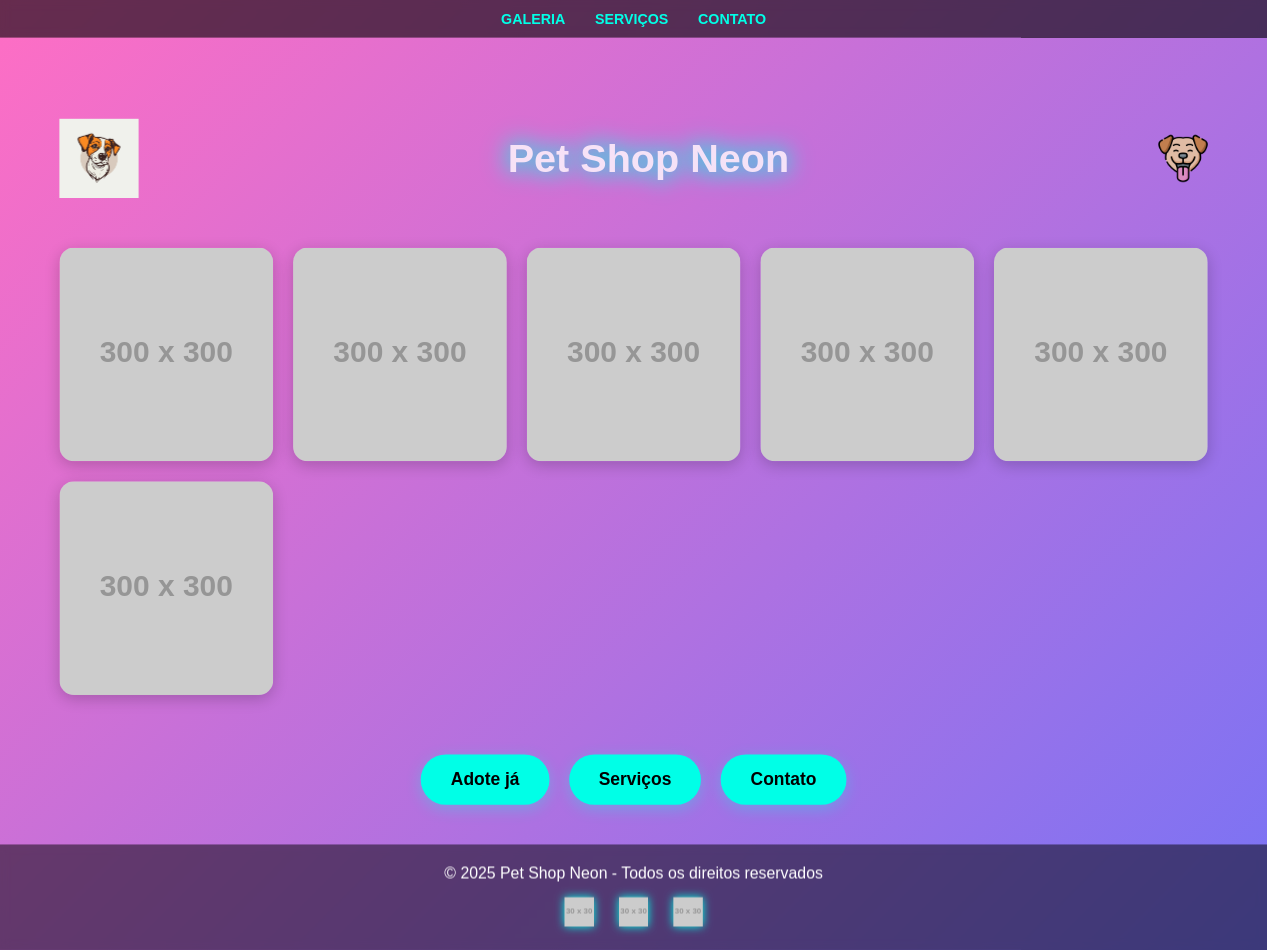
Repository: Sandro1969-tech/Desafio-petshop
Page: index.html
The author's editor kept a copy of each file at every save. The page is drawn from the files as they stood at one save, then again after the next save.
The browser window is 1280 px wide. The pictures show the whole page, at 99% of full size.

Above is the page before, as saved 2025-12-09 18:35:35.

### index.html
<!DOCTYPE html>
<html lang="pt-BR">
<head>
  <meta charset="UTF-8">
  <meta name="viewport" content="width=device-width, initial-scale=1.0">
  <title>Pet Shop Moderno</title>
  <link rel="stylesheet" href="style.css">
</head>
<body>
  <nav class="navbar">
    <ul>
      <li><a href="#gallery">Galeria</a></li>
      <li><a href="#services">Serviços</a></li>
      <li><a href="#contact">Contato</a></li>
    </ul>
  </nav>

  <header>
    <img src="assets/image/logo.jpg" alt="Logo Pet Shop" class="logo">

    <h1 class="neon-title">Pet Shop Neon</h1>

    <img src="assets/image/icon.png" alt="Ícone Pet Shop" class="icon">
  </header>

  <main>
    <section id="gallery" class="gallery">
      <img src="https://via.placeholder.com/300" alt="Pet 1">
      <img src="https://via.placeholder.com/300" alt="Pet 2">
      <img src="https://via.placeholder.com/300" alt="Pet 3">
      <img src="https://via.placeholder.com/300" alt="Pet 4">
      <img src="https://via.placeholder.com/300" alt="Pet 5">
      <img src="https://via.placeholder.com/300" alt="Pet 6">
    </section>

    <section id="services" class="buttons">
      <button>Adote já</button>
      <button>Serviços</button>
      <button>Contato</button>
    </section>
  </main>

  <footer id="contact">
    <p>© 2025 Pet Shop Neon - Todos os direitos reservados</p>
    <div class="social-icons">
       <a href="https://instagram.com" target="_blank">
        <img src="https://via.placeholder.com/30?text=IG" alt="Instagram">
      </a>
      <a href="https://wa.me/seunumerowhatsapp" target="_blank">
        <img src="https://via.placeholder.com/30?text=WA" alt="WhatsApp">
      </a>
      <a href="https://facebook.com" target="_blank">
        <img src="https://via.placeholder.com/30?text=FB" alt="Facebook">
      </a>
    </div>
  </footer>
</body>
</html>

### style.css
/* Reset básico */
* {
  margin: 0;
  padding: 0;
  box-sizing: border-box;
}

/* Melhoria 2: Rolagem suave ao clicar nos links do menu */
html {
  scroll-behavior: smooth;
}

/* Fundo com gradiente vibrante e Sticky Footer */
body {
  font-family: 'Arial', sans-serif;
  background: linear-gradient(135deg, #ff6ec4, #7873f5);
  color: #fff;
  min-height: 100vh;
  display: flex;
  flex-direction: column;
}

/* Barra de navegação fixa */
.navbar {
  position: fixed;
  top: 0;
  width: 100%;
  background: rgba(0,0,0,0.6);
  padding: 10px 0;
  z-index: 1000;
  backdrop-filter: blur(5px); /* Adiciona um leve desfoque atrás do menu */
}

.navbar ul {
  list-style: none;
  display: flex;
  justify-content: center;
  gap: 30px;
}

.navbar a {
  text-decoration: none;
  color: #00ffe7;
  font-weight: bold;
  transition: color 0.3s;
  text-transform: uppercase; /* Deixa os links em caixa alta para mais destaque */
  font-size: 0.9rem;
}

.navbar a:hover {
  color: #ff6ec4;
}

/* Cabeçalho */
header {
  display: flex;
  justify-content: space-between;
  align-items: center;
  padding: 120px 20px 30px; /* Aumentei um pouco o padding superior */
  max-width: 1200px; /* Limita a largura em telas muito grandes */
  margin: 0 auto; /* Centraliza se a tela for muito grande */
  width: 100%;
}

.logo {
  width: 80px;
  height: auto; /* Garante a proporção */
}

.icon {
  width: 50px;
  height: auto;
}

/* Título neon com animação */
.neon-title {
  font-size: 2.5rem;
  text-align: center; /* Garante que o texto centralize se quebrar linha */
  color: #fff;
  text-shadow: 0 0 5px #00ffe7, 0 0 10px #00ffe7, 0 0 20px #00ffe7;
  animation: flicker 2s infinite alternate;
}

@keyframes flicker {
  0% { opacity: 1; text-shadow: 0 0 5px #00ffe7, 0 0 10px #00ffe7; }
  50% { opacity: 0.8; text-shadow: 0 0 20px #00ffe7, 0 0 30px #00ffe7; }
  100% { opacity: 1; text-shadow: 0 0 10px #00ffe7, 0 0 20px #00ffe7; }
}

/* Galeria responsiva */
.gallery {
  display: grid;
  /* Ajustei o minmax para 200px para as imagens ficarem um pouco maiores */
  grid-template-columns: repeat(auto-fit, minmax(200px, 1fr));
  gap: 20px;
  padding: 20px;
  max-width: 1200px;
  margin: 0 auto;
  width: 100%;
}

/* Melhoria 3: Padronização das imagens da galeria */
.gallery img {
  width: 100%;
  aspect-ratio: 1 / 1; /* Força a imagem a ser quadrada */
  object-fit: cover; /* Corta a imagem para preencher o quadrado sem distorcer */
  border-radius: 15px;
  transition: transform 0.3s, box-shadow 0.3s;
  box-shadow: 0 4px 15px rgba(0,0,0,0.2); /* Sombra suave */
}

.gallery img:hover {
  transform: scale(1.05);
  box-shadow: 0 8px 25px rgba(0, 255, 231, 0.4); /* Sombra neon ao passar o mouse */
}

/* Botões animados */
.buttons {
  display: flex;
  justify-content: center;
  flex-wrap: wrap; /* Permite que os botões quebrem linha em telas pequenas */
  gap: 20px;
  margin: 40px 20px;
}

button {
  background: #00ffe7;
  border: none;
  padding: 15px 30px;
  border-radius: 50px;
  font-size: 1.1rem;
  font-weight: bold;
  color: #000;
  cursor: pointer;
  transition: all 0.3s ease;
  box-shadow: 0 4px 15px rgba(0, 255, 231, 0.3);
}

button:hover {
  transform: translateY(-5px);
  background: #ff6ec4;
  color: #fff;
  box-shadow: 0 6px 20px rgba(255, 110, 196, 0.5);
}

/* Rodapé */
footer {
  text-align: center;
  padding: 20px;
  background: rgba(0,0,0,0.5);
  margin-top: auto; /* Mantém o rodapé no final */
  backdrop-filter: blur(5px);
}

.social-icons {
  margin-top: 15px;
  display: flex;
  justify-content: center;
  gap: 25px;
}

.social-icons img {
  width: 30px;
  height: 30px;
  transition: transform 0.3s;
  filter: drop-shadow(0 0 5px #00ffe7); /* Adiciona brilho neon aos ícones */
}

.social-icons img:hover {
  transform: scale(1.2) rotate(10deg); /* Pequena rotação ao passar o mouse */
}

/* Melhoria 4: Media Query para telas pequenas (Celulares) */
@media (max-width: 600px) {
  header {
    flex-direction: column;
    gap: 20px;
    padding-top: 100px;
  }

  .neon-title {
    font-size: 2rem;
    order: 2; /* Título fica no meio */
  }

  .logo { order: 1; } /* Logo fica em cima */
  .icon { order: 3; } /* Ícone fica embaixo */

  .navbar ul {
    gap: 15px; /* Menos espaço entre links no mobile */
  }

  .navbar a {
      font-size: 0.8rem;
  }
}

After the next save:
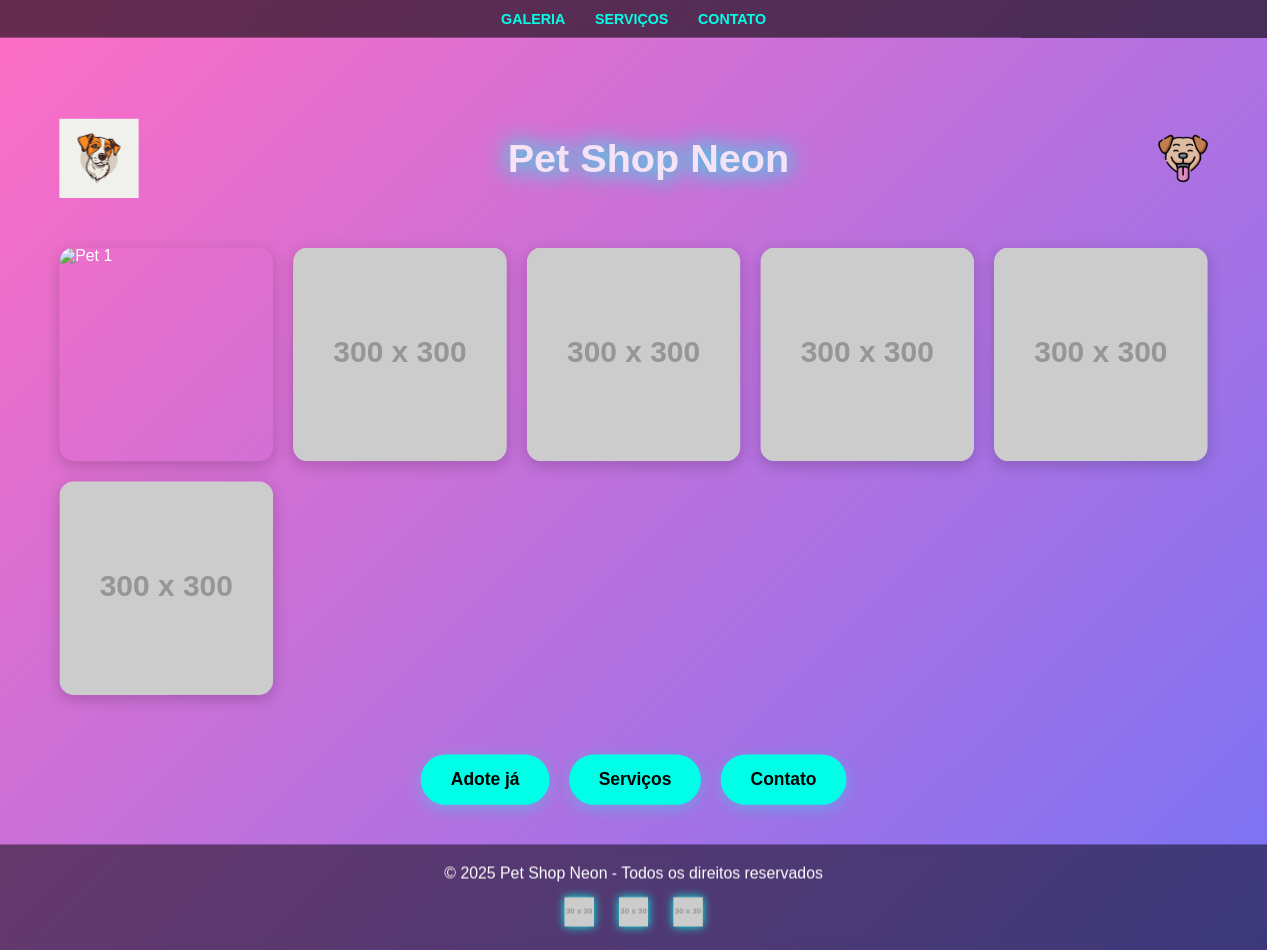
Saved 21 s later.
--- a/index.html
+++ b/index.html
@@ -25,7 +25,7 @@
 
   <main>
     <section id="gallery" class="gallery">
-      <img src="https://via.placeholder.com/300" alt="Pet 1">
+      <img src="" alt="Pet 1">
       <img src="https://via.placeholder.com/300" alt="Pet 2">
       <img src="https://via.placeholder.com/300" alt="Pet 3">
       <img src="https://via.placeholder.com/300" alt="Pet 4">
